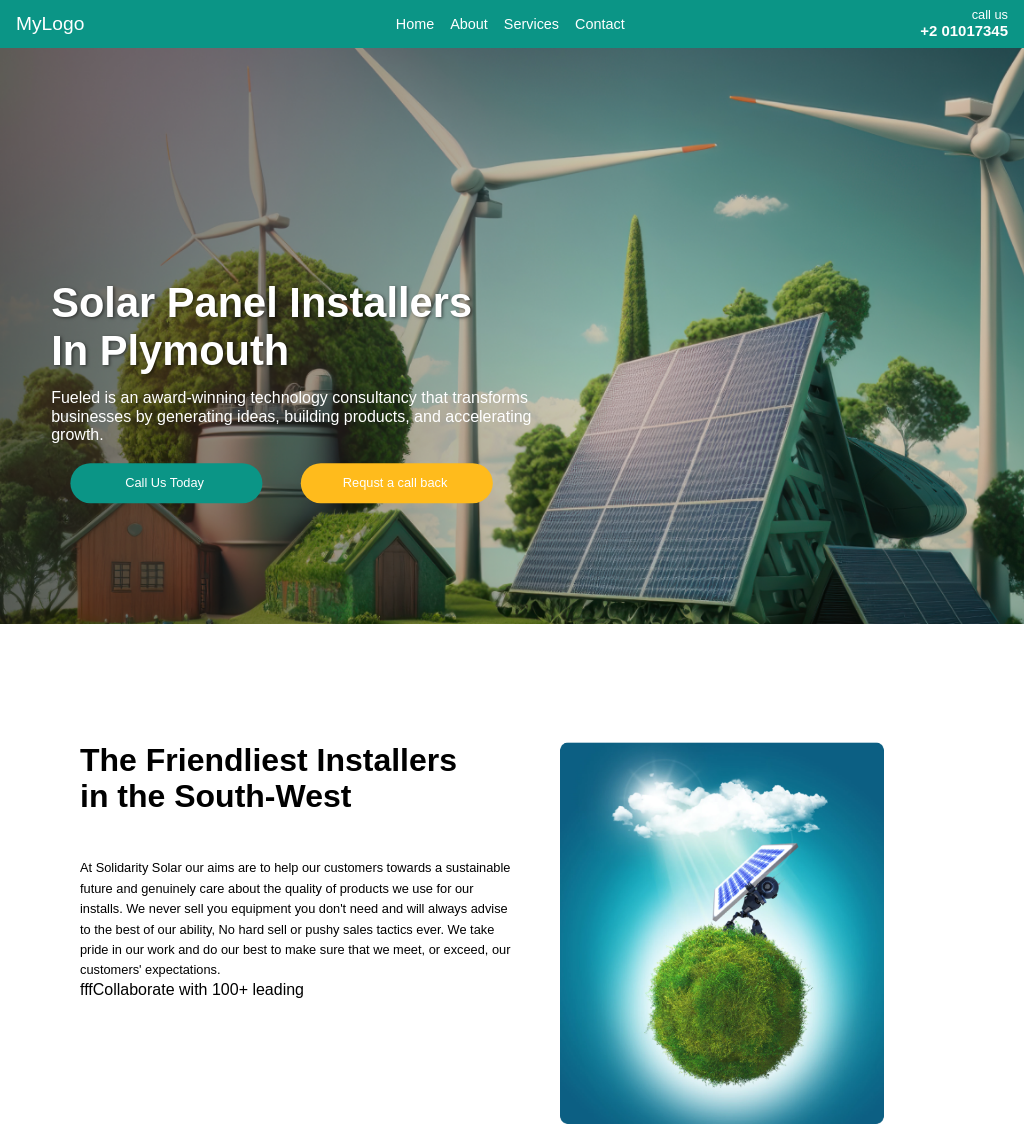
Repository: MaramNabil872/Landing-Page
Page: landingPage.html
The author's editor kept a copy of each file at every save. The page is drawn from the files as they stood at one save, then again after the next save.
The browser window is 1280 px wide. The pictures show the whole page, at 80% of full size.

Above is the page before, as saved 2024-10-20 21:21:30.

After the next save:
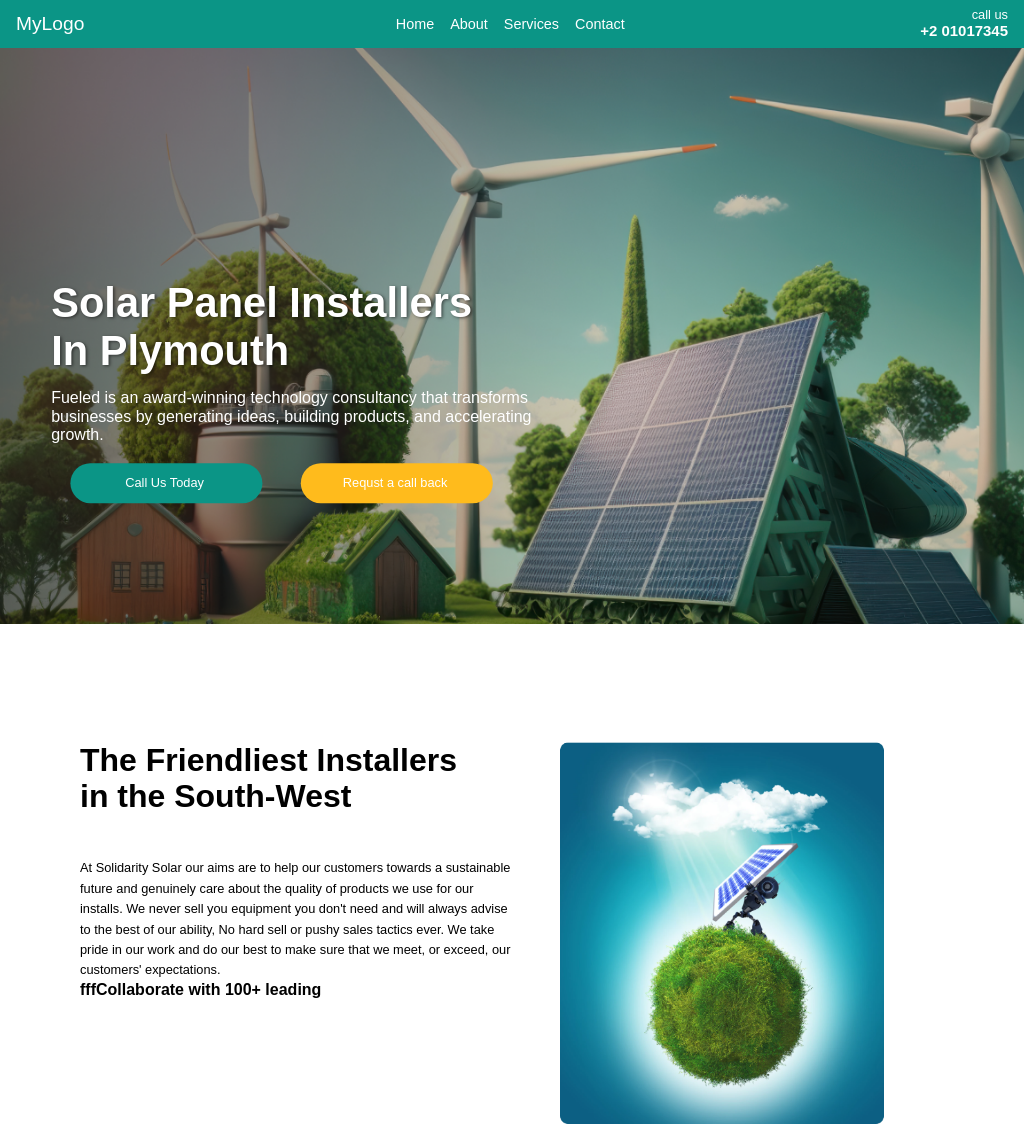
Saved 4 s later.
--- a/landingPage.css
+++ b/landingPage.css
@@ -139,7 +139,7 @@ padding-left: 5%;}
 
 .last-container1{
     font-size: 20px;
-    font-weight: ;
+    font-weight: bold;
 }
 .image-container1 {
    flex:1
